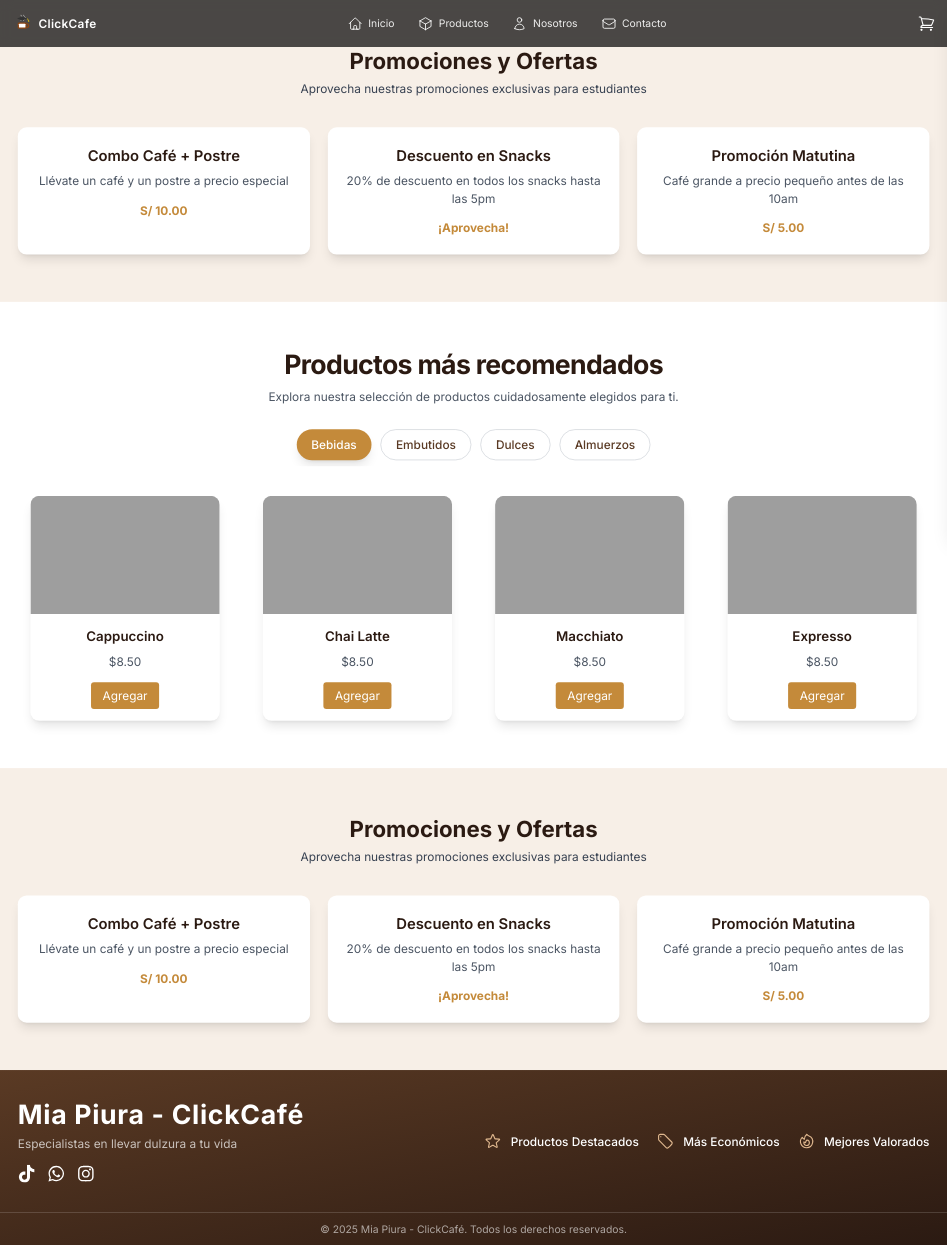
Repository: Adrian-JP777/INTEGRADOR
Page: /home (app in clickcafe/)
The author's editor kept a copy of each file at every save. The page is drawn from the files as they stood at one save, then again after the next save.
The browser window is 1280 px wide. The pictures show the whole page, at 74% of full size.
Pictures or frames that could not be fetched are drawn as grey boxes. The project was rebuilt for these pictures with package versions that can differ from the ones it lists, and the page was loaded fresh each time. Also part of the build but not shown: clickcafe/vite.config.js, clickcafe/src/pages/ProductsPage.jsx, clickcafe/src/pages/AboutPage.jsx, clickcafe/src/layouts/AdminLayout.jsx, clickcafe/src/pages/admin/AdminHomePage.jsx, clickcafe/src/pages/admin/AdminProductsPage.jsx, clickcafe/src/pages/admin/AdminPedidosPage.jsx, clickcafe/src/pages/admin/AdminSalesPage.jsx.

Above is the page before, as saved 2025-09-24 23:36:21.

After the next save:
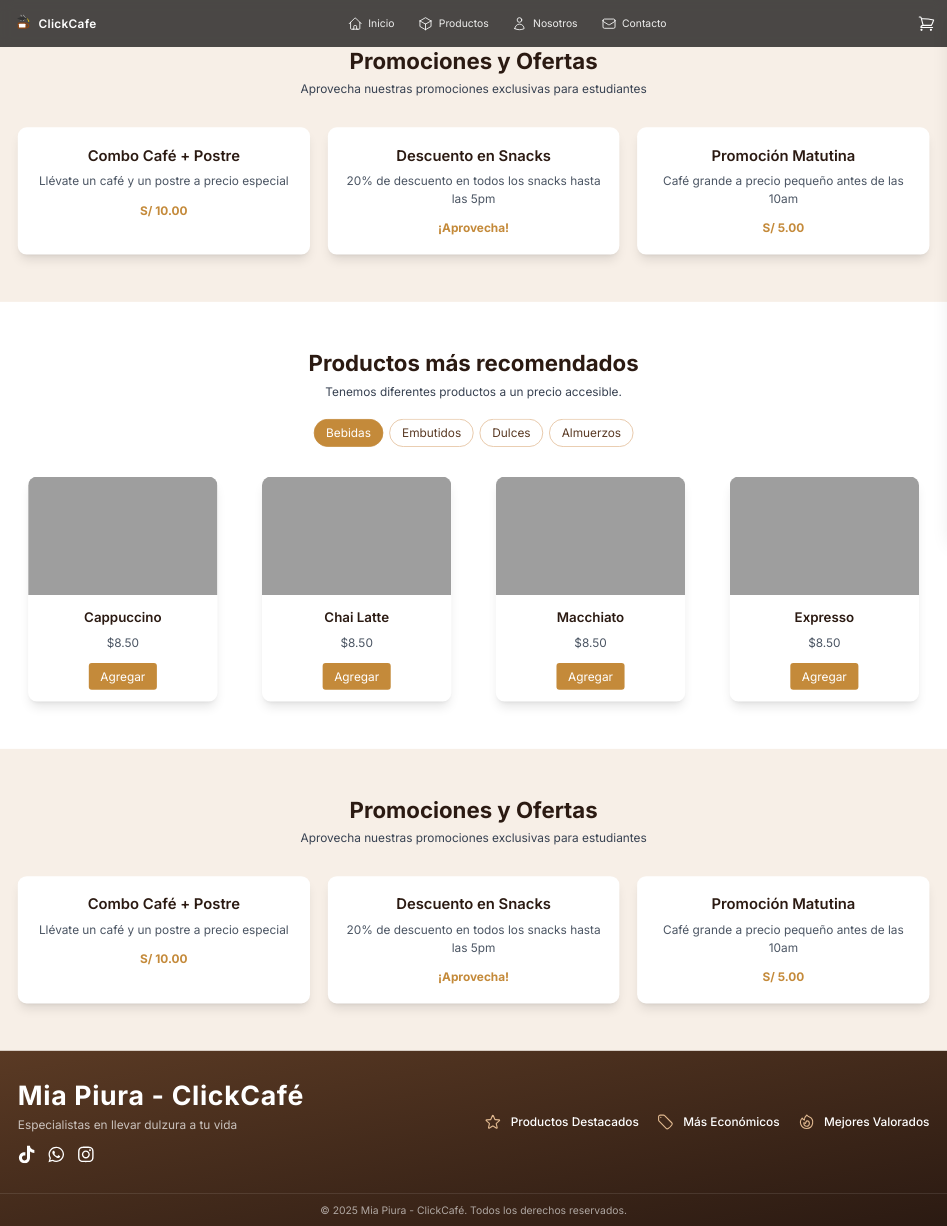
Saved 7 s later.
--- a/clickcafe/src/components/ProductTabs.jsx
+++ b/clickcafe/src/components/ProductTabs.jsx
@@ -1,22 +1,20 @@
-// ProductTabs.jsx
-import { motion } from "framer-motion"
-import { useMemo, useState } from "react"
-import { CATEGORIES, products } from "../data/products"
-import ProductCard from "./ProductCard"
+import { motion } from "framer-motion";
+import { useMemo, useState } from "react";
+import { CATEGORIES, products } from "../data/products";
+import ProductCard from "./ProductCard";
 
 export default function ProductTabs({ onAdd }) {
-  const [category, setCategory] = useState("Bebidas")
+  const [category, setCategory] = useState("Bebidas");
   const filtered = useMemo(
     () => products.filter((p) => p.category === category),
     [category]
-  )
+  );
 
   return (
     <section id="recomendados" className="py-16 bg-white">
       <div className="max-w-7xl mx-auto px-4 sm:px-6">
-        {/* Título */}
         <motion.h2
-          className="text-center text-4xl font-bold text-cafe-900 tracking-tight"
+          className="titulo-seccion text-center text-3xl font-bold"
           initial={{ opacity: 0, y: -30 }}
           whileInView={{ opacity: 1, y: 0 }}
           viewport={{ once: false, amount: 0.3 }}
@@ -25,44 +23,41 @@ export default function ProductTabs({ onAdd }) {
           Productos más recomendados
         </motion.h2>
 
-        {/* Subtítulo */}
         <motion.p
-          className="text-center mt-3 text-gray-600 max-w-2xl mx-auto"
+          className="text-center mt-2 parrafo-suave text-gray-700"
           initial={{ opacity: 0, y: 20 }}
           whileInView={{ opacity: 1, y: 0 }}
           viewport={{ once: false, amount: 0.3 }}
           transition={{ duration: 0.6, delay: 0.2 }}
         >
-          Explora nuestra selección de productos cuidadosamente elegidos para ti.
+          Tenemos diferentes productos a un precio accesible.
         </motion.p>
 
-        {/* Botones de categorías */}
-        <div className="mt-6 flex gap-3 overflow-x-auto scrollbar-hide justify-center py-2">
+        <div className="mt-6 flex gap-2 overflow-x-auto scrollbar-hide justify-start sm:justify-center">
           {CATEGORIES.map((c) => (
             <button
               key={c}
               onClick={() => setCategory(c)}
-              className={`px-5 py-2 rounded-full font-medium transition-colors duration-300
-                ${category === c
-                  ? "bg-cafe-500 text-white shadow-lg"
-                  : "bg-white text-cafe-700 border border-gray-300 hover:bg-cafe-50"}`
-              }
+              className={`px-4 py-1.5 whitespace-nowrap rounded-full border ${
+                category === c
+                  ? "bg-cafe-500 text-white border-cafe-500"
+                  : "border-cafe-300 text-cafe-700 hover:bg-cafe-100"
+              }`}
             >
               {c}
             </button>
           ))}
         </div>
 
-        {/* Grid de productos */}
-        <div className="mt-10 grid grid-cols-1 sm:grid-cols-2 md:grid-cols-3 lg:grid-cols-4 gap-6">
+        <div className="mt-10 grid grid-cols-2 md:grid-cols-3 lg:grid-cols-4 gap-6 sm:gap-8">
           {filtered.map((p, i) => (
             <motion.div
               key={p.id}
-              initial={{ opacity: 0, y: 40 }}
-              whileInView={{ opacity: 1, y: 0 }}
+              initial={{ opacity: 0, y: 50, scale: 0.9 }}
+              whileInView={{ opacity: 1, y: 0, scale: 1 }}
               viewport={{ once: false, amount: 0.2 }}
               transition={{ duration: 0.6, delay: i * 0.1 }}
-              className="flex justify-center"
+              className="w-full flex justify-center"
             >
               <ProductCard product={p} onAdd={onAdd} />
             </motion.div>
@@ -70,5 +65,5 @@ export default function ProductTabs({ onAdd }) {
         </div>
       </div>
     </section>
-  )
+  );
 }
